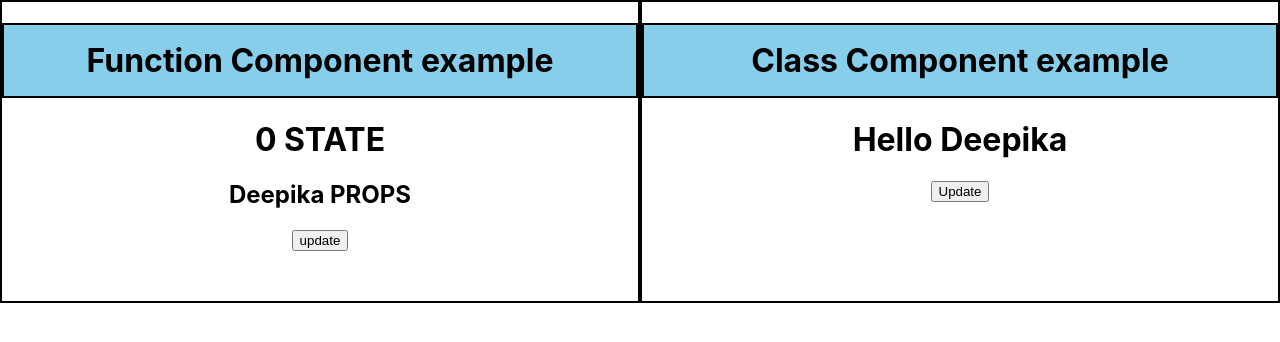
Repository: DeepikaSuretek/React
Page: / (app in practice-app/)
An editor plug-in stored every save of this project. The page is shown before and after the next save, followed by the edit.
The browser window is 1280 px wide. The pictures show the whole page.
The project was rebuilt for these pictures with package versions that can differ from the ones it lists, and the page was loaded fresh each time.

Above is the page before, as saved 2024-07-08 19:58:06.

After the next save:
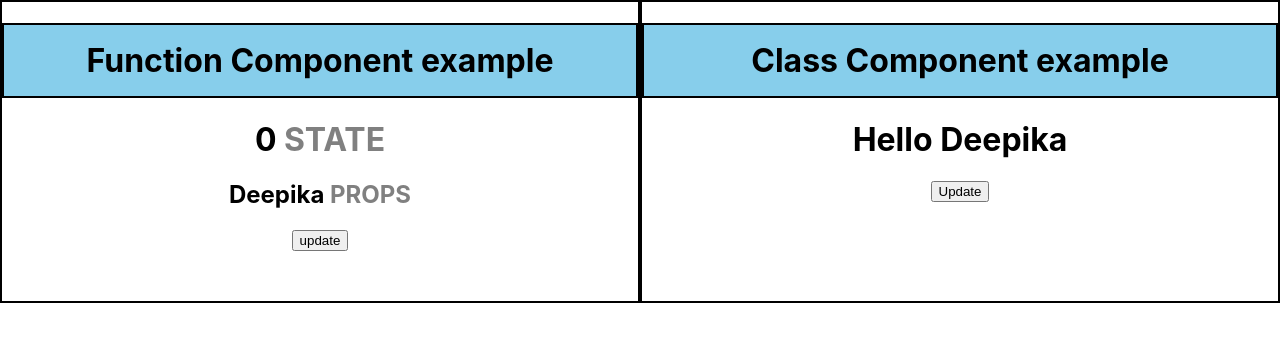
Saved 33 s later.
--- a/practice-app/src/functional-component/function.js
+++ b/practice-app/src/functional-component/function.js
@@ -7,8 +7,8 @@ function Fun(props) {
     }
     return(
         <div>
-            <h1>{count} <span className="higlight">STATE</span></h1>
-            <h2>{props.name}  <span className="higlight"> PROPS</span></h2>
+            <h1>{count} <span className="highlight">STATE</span></h1>
+            <h2>{props.name}  <span className="highlight"> PROPS</span></h2>
             <button onClick={updateCount}>update</button>
         </div>
 
